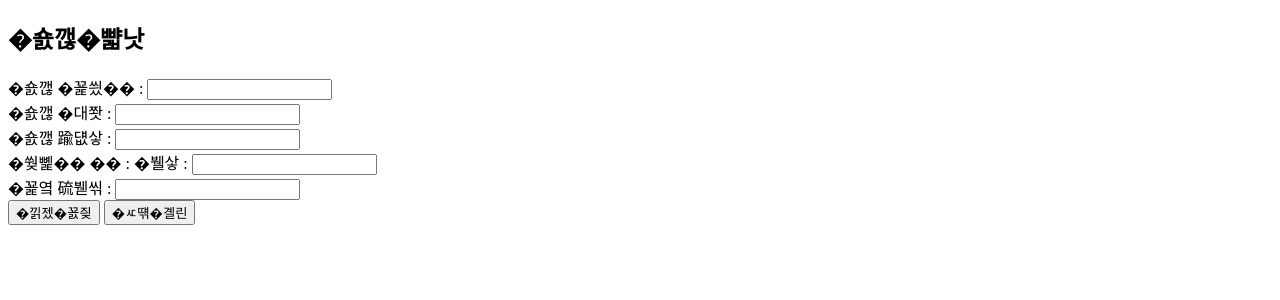
Repository: sunyeongan/Univ_lecture
Page: WebSever_2022/work/week12/week12/src/main/webapp/form.html
An editor plug-in stored every save of this project. The page is shown before and after the next save, followed by the edit.
The browser window is 1280 px wide. The pictures show the whole page.

Above is the page before, as saved 2022-05-17 02:09:41.

### WebSever_2022/work/week12/week12/src/main/webapp/form.html
<!DOCTYPE html>
<html>
<head>
<meta http-equiv="Content-Type" content="text/html;charset=EUC-KR">
<title>학생 </title>
</head>
<body>
	<h2> 학생정보 </h2>
	<form method = post action = form.jsp>
	학생 아이디 : <input type = text name = id ><br>
	학생 이름  : <input type = text name = Sname><br>
	학생 번호 : <input type = text name = call><br>
	태어난 해 :
	암호 : <input type = password name = pw><br>
	전자 메일 : <input type = "text" name = mail><br>
	<input type="submit" value = "입력완료">
	<input type="submit" value = "다시쓰기">
	</form>


</body>
</html>

After the next save:
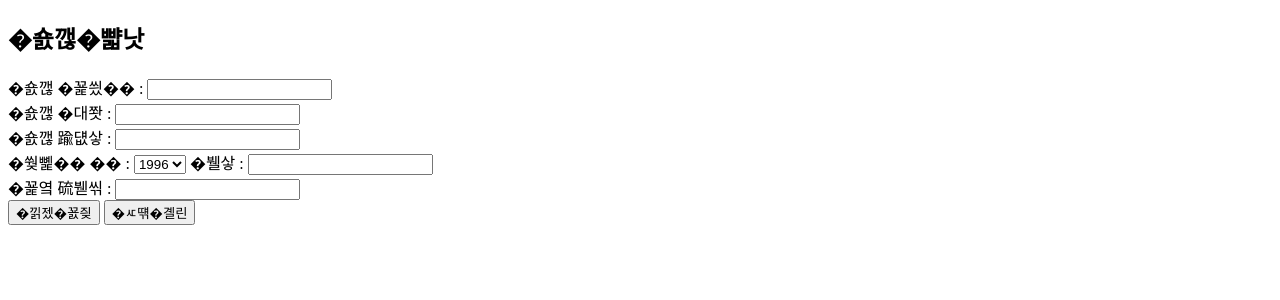
Saved 55 s later.
--- a/WebSever_2022/work/week12/week12/src/main/webapp/form.html
+++ b/WebSever_2022/work/week12/week12/src/main/webapp/form.html
@@ -10,7 +10,7 @@
 	학생 아이디 : <input type = text name = id ><br>
 	학생 이름  : <input type = text name = Sname><br>
 	학생 번호 : <input type = text name = call><br>
-	태어난 해 :
+	태어난 해 : <select> <option>1996</option></select>
 	암호 : <input type = password name = pw><br>
 	전자 메일 : <input type = "text" name = mail><br>
 	<input type="submit" value = "입력완료">
